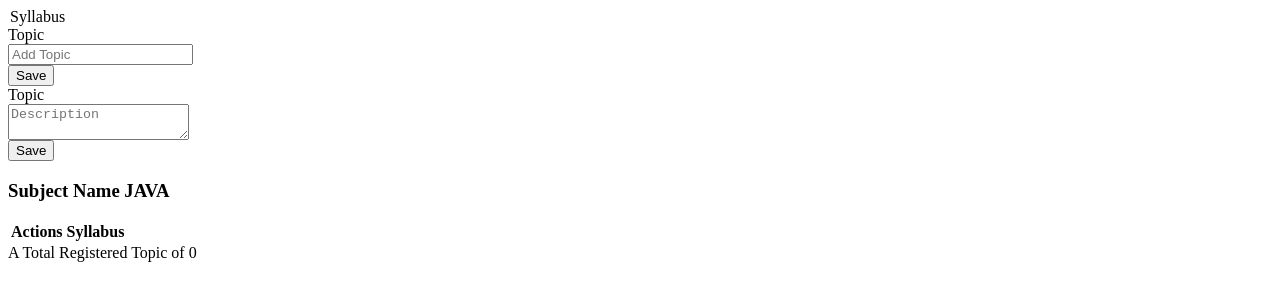
Repository: glorybarcelita/project-ica
Page: workspace/resources/views/subjects/syllabus.blade.php
The author's editor kept a record of every edit. The page is drawn from the files as they stood at one moment, then again after the next edit.
The browser window is 1280 px wide. The pictures show the whole page.
The page is served by the project's Laravel application, run on PHP 8.4 with Laravel 8. Other server files are loaded and not shown. The template is opened directly, without the code that normally fills it, so the values that code supplies are empty.

Above is the page before.

### routes/web.php
<?php

/*
|--------------------------------------------------------------------------
| Web Routes
|--------------------------------------------------------------------------
|
| Here is where you can register web routes for your application. These
| routes are loaded by the RouteServiceProvider within a group which
| contains the "web" middleware group. Now create something great!
|
*/

Route::get('/', function () {
    return view('welcome');
});

Auth::routes();
Route::get('/home', 'HomeController@index')->name('home');

Route::resource('users','UserController')->except(['delete','show1'])->middleware('auth');
Route::resource('courses','CourseController')->middleware('auth');
Route::resource('subjects','SubjectController')->middleware('auth');
Route::resource('syllabus','SyllabusController')->middleware('auth');



Route::get('users/request','PendingRequestController@index');


Route::resource('topic','TopicController');

Route::get('syllabus/create/{id}','SyllabusController@create');
Route::get('subjects/{id}','subjects@show');

Route::post('syllabus/store', 'SyllabusController@store');

Route::get('syllabus/edit/{syllabus_id}/{subject_id}', 'TopicController@edit');

Route::post('syllabus/update', 'TopicController@updateSyllabus');
Route::post('syllabus/destroy', 'TopicController@destroy');

Route::get('sujects/assign-lecturer/{subject_id}', 'LearningResourcesConroller@showAssign');
Route::post('subjects/assign-lecturer', 'LearningResourcesConroller@update');

Route::get('learning-resources/subject/{subject_id}', 'LearningResourcesConroller@showSubjectTopic');
Route::get('learning-resources/subject/create/{id}','LearningResourcesConroller@create');
Route::get('learning-resources/subject/update/{id}','LearningResourcesConroller@updateShow');
Route::post('learning-resources/subject/create','SubjectTopicController@store');
Route::get('learning-resources/subject/details/{subject_id}/{syllabus_id}/{topic_id}','SubjectTopicController@showSubjectTopicDetails');
Route::get('learning-resources', 'LearningResourcesConroller@index');

// Route::get('ica-subjects', 'SubjectController@showICA')

Route::resource('learningresources','LearningResourcesConroller');
Route::resource('subjecttopic','SubjectTopicController');
Route::resource('dashboard','DashboardController');



Route::get('exams/{subject_id}', 'ExamController@index')->middleware('auth');
Route::get('exams/addquestion/{subject_id}', 'ExamController@create');
Route::post('exams/store', 'ExamController@store');
Route::get('exams/updatequestion/{subject_id}/{exam_id}', 'ExamController@update');
Route::post('exams/update', 'ExamController@updateExam');
Route::post('exams/delete', 'ExamController@delete');
Route::post('exams/put-answer', 'ExamController@putAnswer');


Route::get('quiz/{subject_id}/{syllabus_id}', 'QuizController@index');
Route::get('quiz/add-question/{subject_id}/{syllabus_id}', 'QuizController@create');
Route::post('quiz/store', 'QuizController@store');
Route::get('quiz/update-question/{subject_id}/{syllabus_id}/{question_id}', 'QuizController@update');
Route::post('quiz/updateQuiz', 'QuizController@updateQuiz');
Route::post('quiz/delete', 'QuizController@delete');
Route::post('quiz/put-answer', 'QuizController@putAnswer');

Route::post('subject/delete', 'SubjectController@delete');

Route::get('reports/user', 'ReportsController@userReport');
Route::get('reports/subject', 'ReportsController@subjectReport');
Route::get('reports/course', 'ReportsController@courseReport');
Route::get('reports/learningresources', 'ReportsController@learningresourcesReport');
Route::get('reports/learningresources/{subject_id}', 'ReportsController@learningresourcesReportSyllabus');
Route::get('reports/learningresources/{subject_id}/{syllabus_id}', 'ReportsController@learningresourcesReportTopic');
Route::get('reports/quiz', 'ReportsController@quizReport');
Route::get('reports/quiz/stats', 'ReportsController@quizStatsReport');


Route::get('logout', function(){
  Auth::logout();
  return redirect('/');
});

### resources/views/subjects/syllabus.blade.php
<legend>Syllabus</legend>
<div class="form-group">
    <label for="" class="col-sm-2 col-form-label">Topic</label>
    <div class="col-sm-10">
        <input type="text" name="topic" placeholder="Add Topic"/>
    </div>
    <button class="btn btn-primary">Save</button>
</div>

<div class="form-group">
    <label for="" class="col-sm-2 col-form-label">Topic</label>
    <div class="col-sm-10">
        <textarea class="form-control" name="description" placeholder="Description">{{ old('description') }}</textarea>
   </div>
    <button class="btn btn-primary">Save</button>
</div>

<!--TABLE FOR Syllabus-->
<div class="container mt-4">
    <div class="card card-info">
        <div class="card-header">
            <h3>Subject Name JAVA</h3>
        </div>
        <div class="card-body">
            <table class="table table-bordered" id="myTable">
                <thead>
                    <th>Actions</th>
                    <th>Syllabus</th>


                </thead>
                <tbody>
                   @foreach($topics as $topic)
                    <tr>
                        <td>
                            <!--pagkaedit sa add syllabus form nlng ilalabas ung data,dun na ieedit-->
                            <a href="" class="btn btn-sm btn-info text-light">Edit</a>
                            <a href="" class="btn btn-sm btn-info text-light">Delete</a>
                        </td>
                        <td>{{ $topic->$name}}</td>
                    </tr>
                    @endforeach
                </tbody>
            </table>
        </div>
        <div class="card-footer">
           A Total Registered Topic of {{ $courses->count() }}
        </div>
        </div>
    </div>
</div>




@push('scripts')
<script src="https://cdn.datatables.net/1.10.16/js/jquery.dataTables.min.js"></script>
<script src="https://cdn.datatables.net/1.10.16/js/dataTables.bootstrap4.min.js"></script>
<script>
    $('#myTable').DataTable();
</script>
@endpush

Loaded but not shown: app/Http/Controllers/Auth/LoginController.php (common file); app/Http/Controllers/Controller.php (common file)

After the next edit:
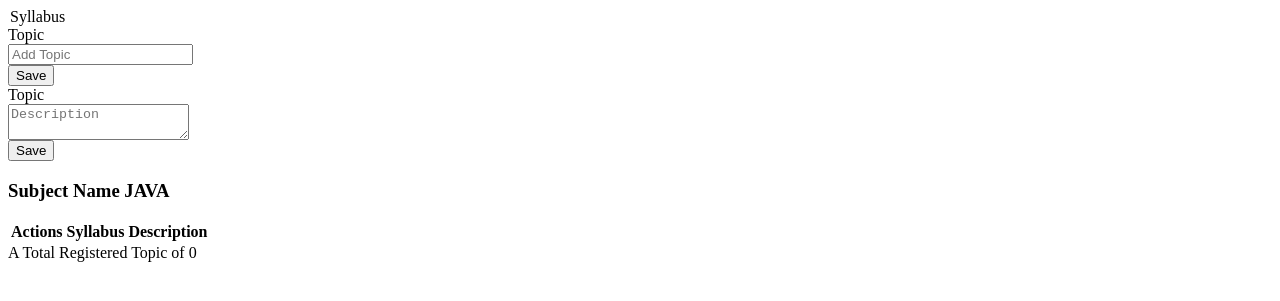
The edit:
--- a/resources/views/subjects/syllabus.blade.php
+++ b/resources/views/subjects/syllabus.blade.php
@@ -26,6 +26,7 @@
                 <thead>
                     <th>Actions</th>
                     <th>Syllabus</th>
+                    <th>Description</th>
 
 
                 </thead>
